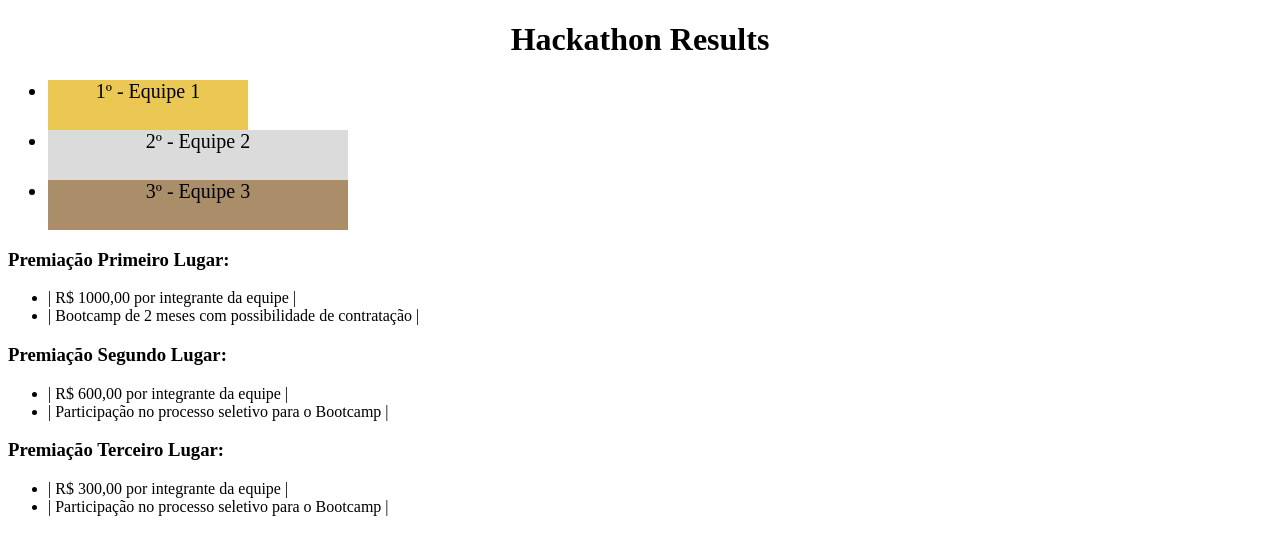
Repository: Parker9309/-trybe-exercises
Page: bloco_3/dia_4/index.html
The author's editor kept a copy of each file at every save. The page is drawn from the files as they stood at one save, then again after the next save.
The browser window is 1280 px wide. The pictures show the whole page.

Above is the page before, as saved 2021-02-22 18:44:35.

### bloco_3/dia_4/index.html
<!DOCTYPE html>
<html lang="pt">
  <head>
    <meta charset="UTF-8">
    <meta name="viewport" content="width=device-width, initial-scale=1.0">
    <title>Ranking</title>
    <style>
      h1 {
        text-align: center;
      }

      .first {
        background-color: rgb(235, 200, 84);
        font-size: 20px;
        height: 50px;
        text-align: center;
        width: 200px;
      }

      .second {
        background-color: rgb(219, 219, 219);
        font-size: 20px;
        height: 50px;
        text-align: center;
        width: 300px;
      }

      .third {
        background-color: rgb(170, 142, 106);
        font-size: 20px;
        height: 50px;
        text-align: center;
        width: 300px;
      }

    </style>
  </head>
  <body>
    <header>
      <h1>Hackathon Results</h1>
    </header>
    <section>
      <ul>
        <li class="first">1º - Equipe 1</li>
        <li class="second">2º - Equipe 2</li>
        <li class="third">3º - Equipe 3</li>
      </ul>
    </section>
    <section>
      <h3>Premiação Primeiro Lugar:</h3>
      <ul>
        <li>| R$ 1000,00 por integrante da equipe |</li>
        <li>| Bootcamp de 2 meses com possibilidade de contratação |</li>
      </ul>
      <h3>Premiação Segundo Lugar:</h3>
      <ul>
        <li>| R$ 600,00 por integrante da equipe |</li>
        <li>| Participação no processo seletivo para o Bootcamp |</li>
      </ul>
      <h3>Premiação Terceiro Lugar:</h3>
      <ul>
        <li>| R$ 300,00 por integrante da equipe |</li>
        <li>| Participação no processo seletivo para o Bootcamp |</li>
      </ul>
    </section>
  </body>
</html>

After the next save:
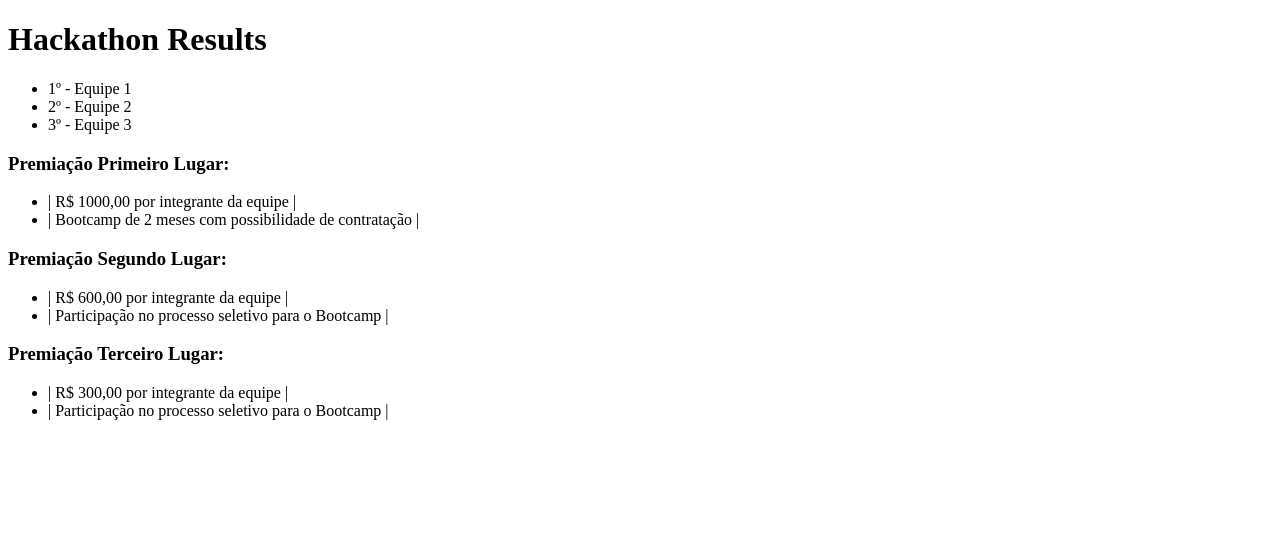
Saved 29 s later.
--- a/bloco_3/dia_4/index.html
+++ b/bloco_3/dia_4/index.html
@@ -4,36 +4,7 @@
     <meta charset="UTF-8">
     <meta name="viewport" content="width=device-width, initial-scale=1.0">
     <title>Ranking</title>
-    <style>
-      h1 {
-        text-align: center;
-      }
 
-      .first {
-        background-color: rgb(235, 200, 84);
-        font-size: 20px;
-        height: 50px;
-        text-align: center;
-        width: 200px;
-      }
-
-      .second {
-        background-color: rgb(219, 219, 219);
-        font-size: 20px;
-        height: 50px;
-        text-align: center;
-        width: 300px;
-      }
-
-      .third {
-        background-color: rgb(170, 142, 106);
-        font-size: 20px;
-        height: 50px;
-        text-align: center;
-        width: 300px;
-      }
-
-    </style>
   </head>
   <body>
     <header>
